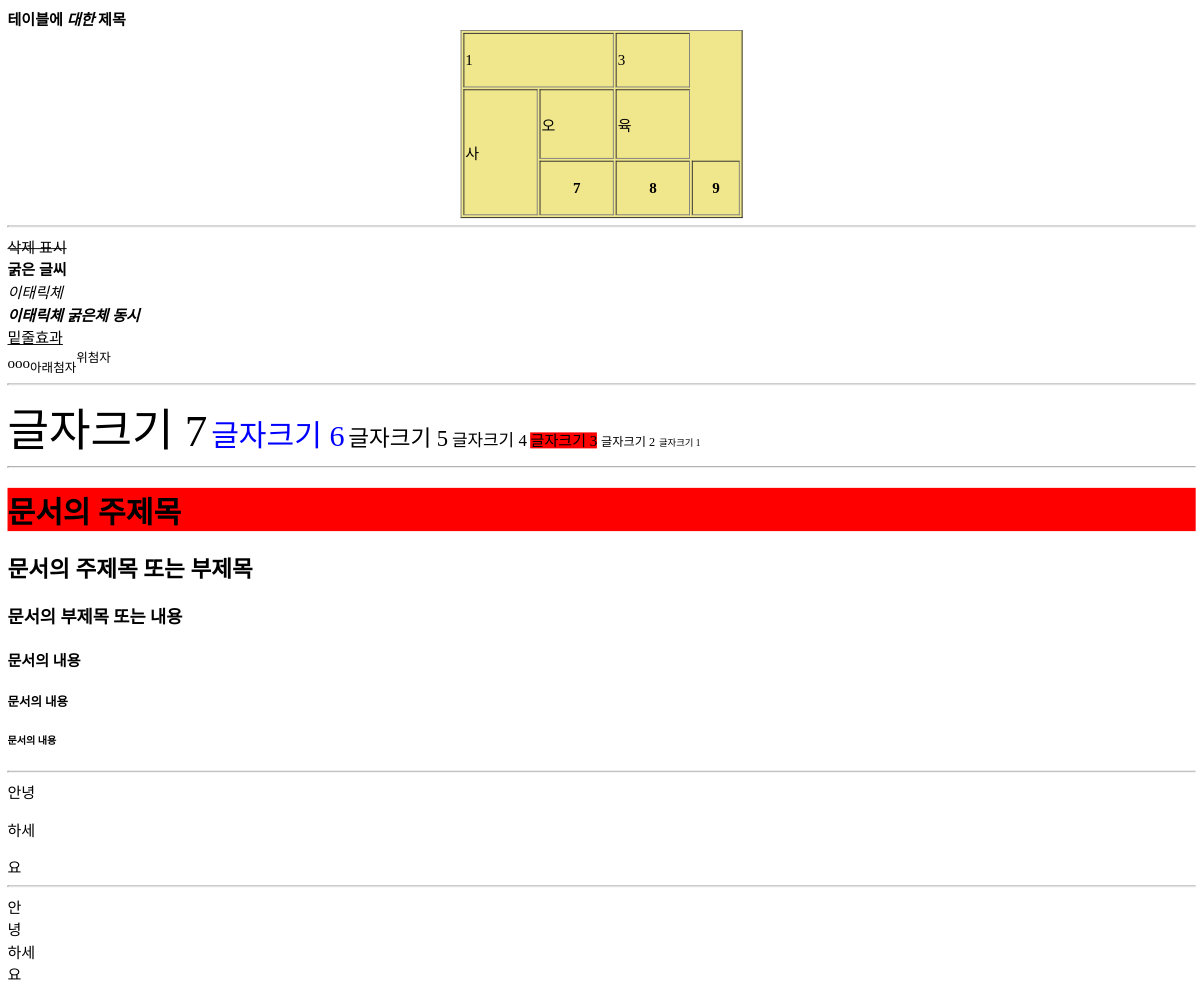
Repository: hui-Joo/html
Page: html/day01.html
The author's editor kept a copy of each file at every save. The page is drawn from the files as they stood at one save, then again after the next save.
The browser window is 1280 px wide. The pictures show the whole page, at 94% of full size.

Above is the page before, as saved 2021-10-04 05:29:43.

After the next save:
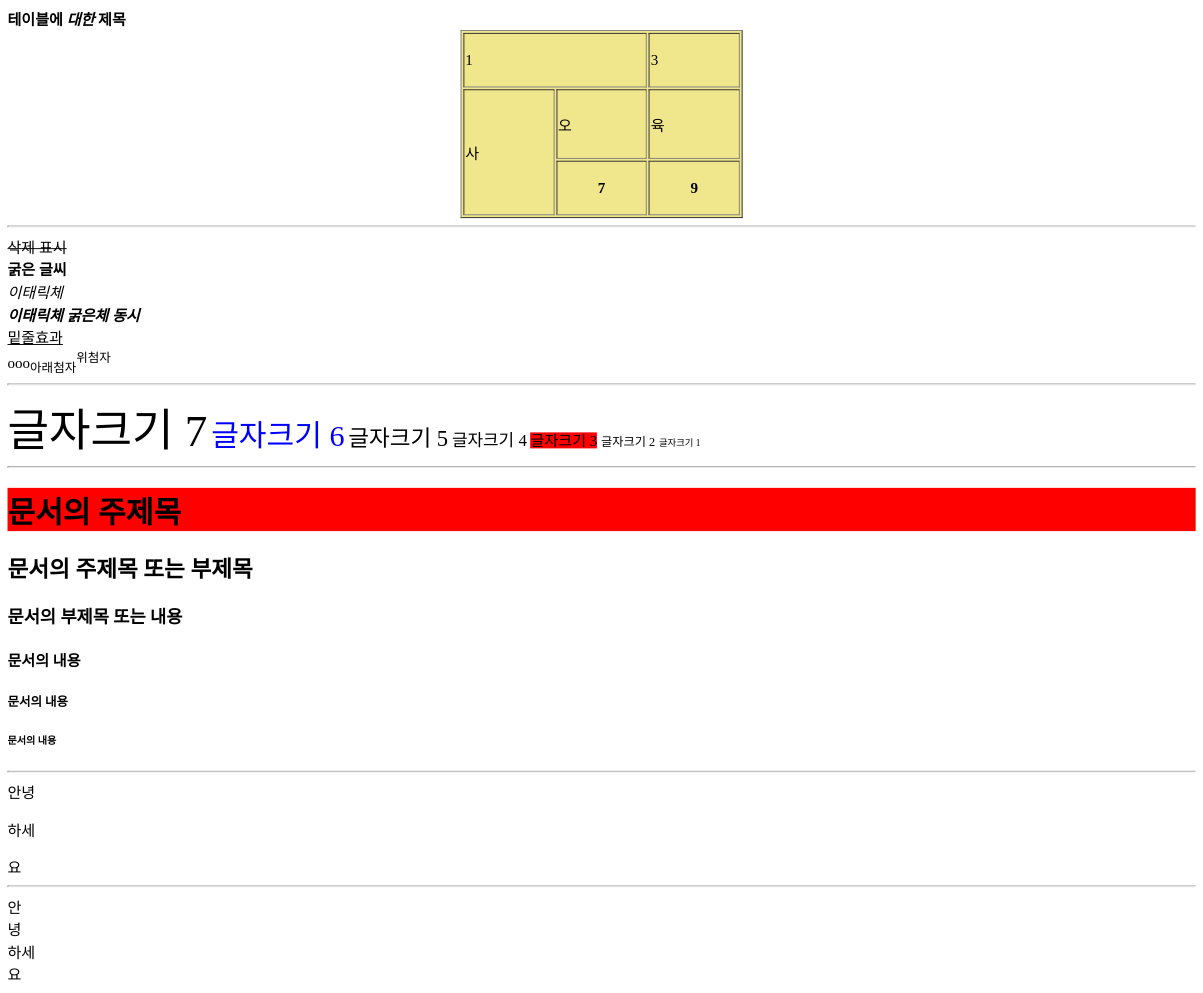
Saved 69 s later.
--- a/html/day01.html
+++ b/html/day01.html
@@ -20,7 +20,7 @@
 
 	</tr>
 	<tr>
-		<th>7</th><th>8</th><th>9</th>
+		<th>7</th> <th>9</th>
 
 	</tr>
 </table>
